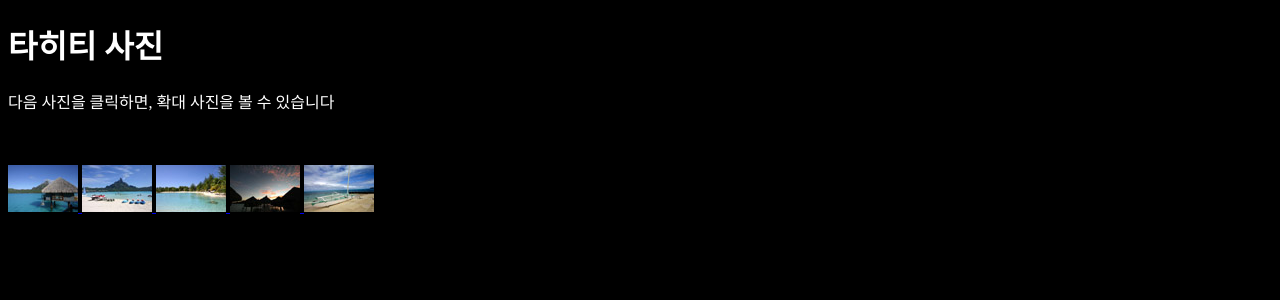
Repository: Jv2020/bitcamp
Page: html/sample03/WebContent/index02.html
The author's editor kept a copy of each file at every save. The page is drawn from the files as they stood at one save, then again after the next save.
The browser window is 1280 px wide. The pictures show the whole page.

Above is the page before, as saved 2020-01-03 01:21:49.

After the next save:
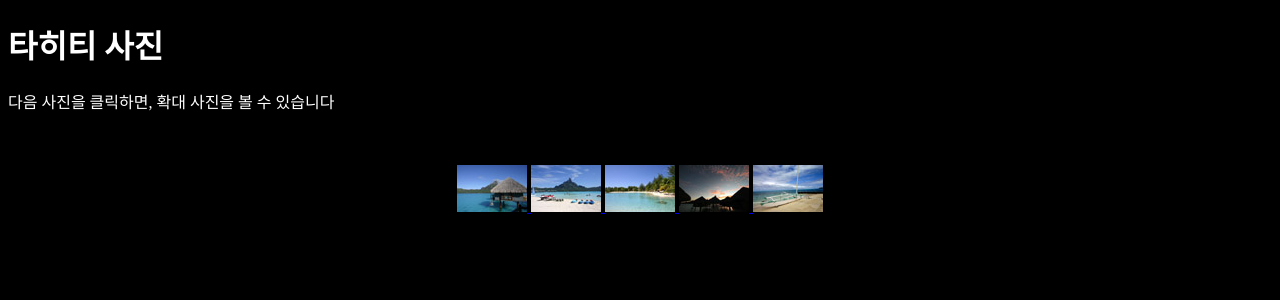
Saved 63 s later.
--- a/html/sample03/WebContent/index02.html
+++ b/html/sample03/WebContent/index02.html
@@ -4,28 +4,30 @@
 <meta charset="UTF-8">
 <title>Insert title here</title>
 </head>
-<body bgcolor="#000000" text="#ffffff">
+<body bgcolor="#000" text="#fff">
 <h1>타히티 사진</h1>
 <p>다음 사진을 클릭하면, 확대 사진을 볼 수 있습니다</p><br><br>
 
-<a href="./images/tahiti01.jpg" target="photo">
-	<img alt="" src="./images/tahiti01s.jpg">
-</a>
+<div align="center">
+	<a href="./images/tahiti01.jpg" target="photo">
+		<img alt="" src="./images/tahiti01s.jpg">
+	</a>
 
-<a href="./images/tahiti02.jpg" target="photo">
-	<img alt="" src="./images/tahiti02s.jpg">
-</a>
+	<a href="./images/tahiti02.jpg" target="photo">
+		<img alt="" src="./images/tahiti02s.jpg">
+	</a>
 
-<a href="./images/tahiti03.jpg" target="photo">
-	<img alt="" src="./images/tahiti03s.jpg">
-</a>
+	<a href="./images/tahiti03.jpg" target="photo">
+		<img alt="" src="./images/tahiti03s.jpg">
+	</a>
 
-<a href="./images/tahiti04.jpg" target="photo">
-	<img alt="" src="./images/tahiti04s.jpg">
-</a>
+	<a href="./images/tahiti04.jpg" target="photo">
+		<img alt="" src="./images/tahiti04s.jpg">
+	</a>
 
-<a href="./images/tahiti05.jpg" target="photo">
-	<img alt="" src="./images/tahiti05s.jpg">
-</a>
+	<a href="./images/tahiti05.jpg" target="photo">
+		<img alt="" src="./images/tahiti05s.jpg">
+	</a>
+</div>
 </body>
 </html>
